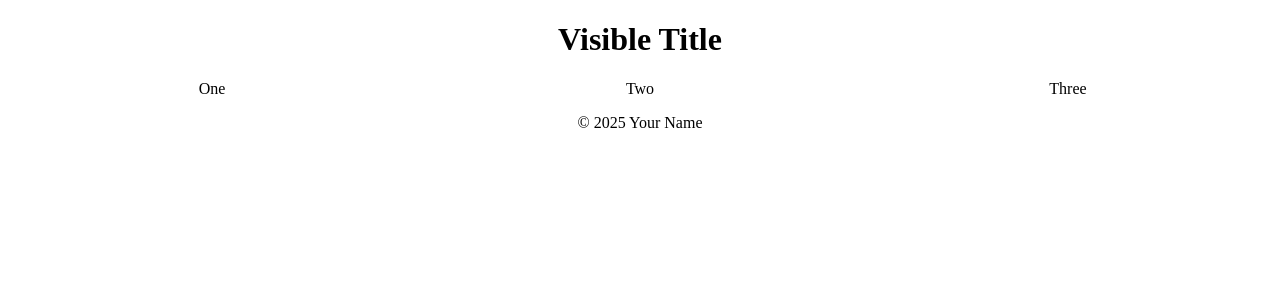
Repository: Brittany-Westlund/WebDesign
Page: FinalProject/index.html
The author's editor kept a copy of each file at every save. The page is drawn from the files as they stood at one save, then again after the next save.
The browser window is 1280 px wide. The pictures show the whole page.

Above is the page before, as saved 2025-06-13 11:11:48.

After the next save:
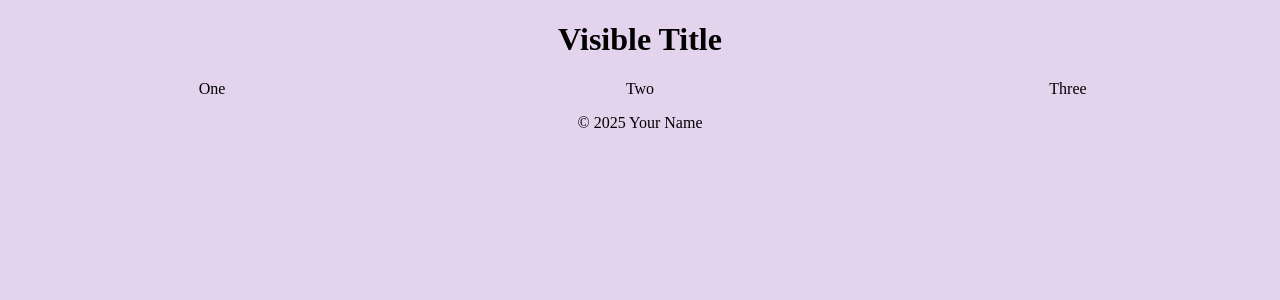
Saved 6 min 40 s later.
--- a/FinalProject/style/style.css
+++ b/FinalProject/style/style.css
@@ -1,3 +1,7 @@
+body {
+    background-color: #e3d3ed;
+}
+
 header {
     text-align: center;
 }
